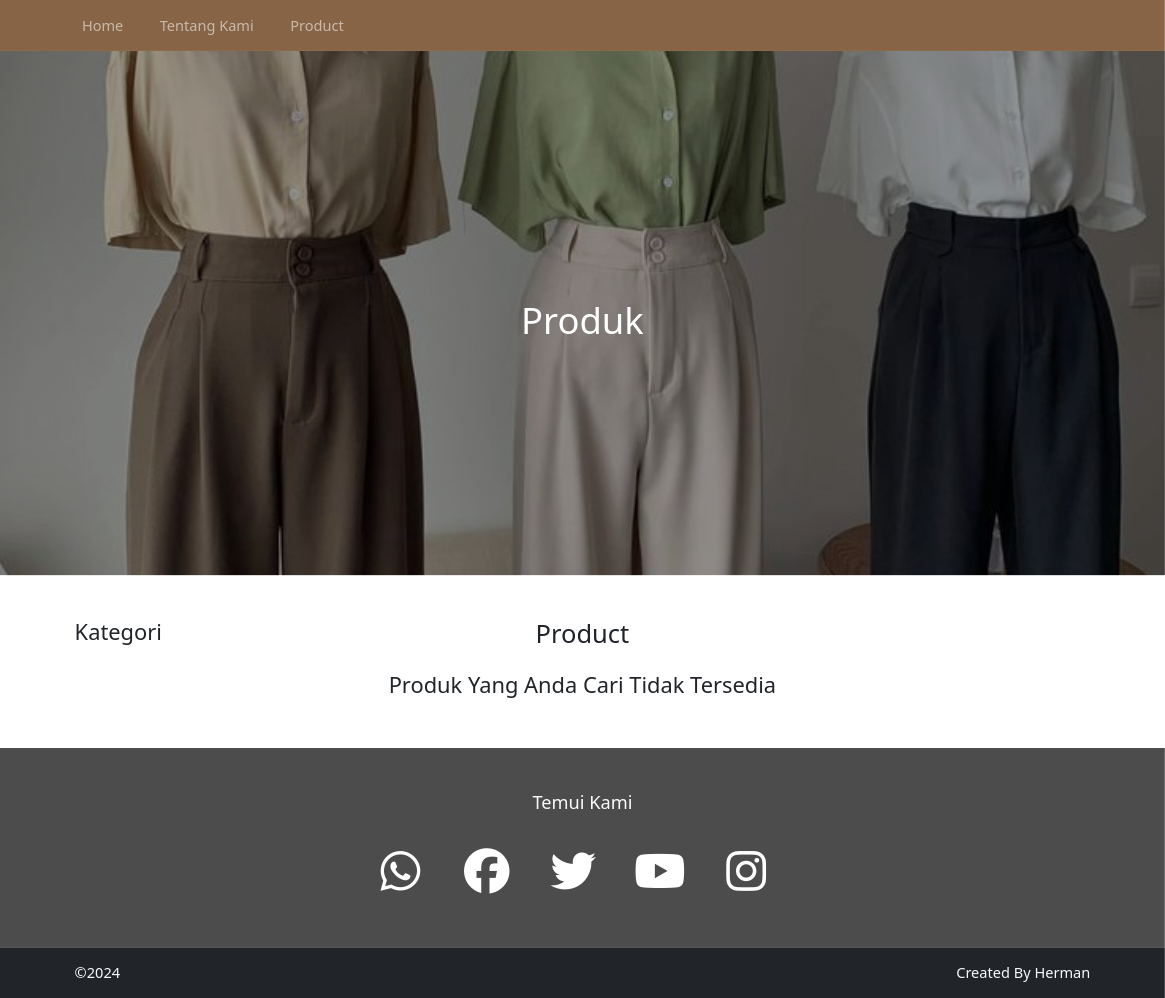
Repository: herman165/tugas_uas
Page: http://localhost/produk.php
The author's editor kept a copy of each file at every save. The page is drawn from the files as they stood at one save, then again after the next save.
The browser window is 1280 px wide. The pictures show the whole page, at 91% of full size.
The page is run by PHP 8.4 with error messages shown; the project is at /var/www/html/. Queries for data that is not in the repository find no rows.

Above is the page before, as saved 2024-12-16 17:06:28.

### produk.php
<?php
    require "koneksi.php";

    $queryKategori = mysqli_query($con, "SELECT * FROM kategori");

    // get product by search
        if(isset($_GET["keyword"])){
            $queryProduk = mysqli_query($con, "SELECT * FROM produk WHERE nama LIKE '%$_GET[keyword]%'");
        }
    // get product by kategori
        else if(isset($_GET["kategori"])){
            $queryGetKategori = mysqli_query($con, "SELECT id FROM kategori WHERE nama = '$_GET[kategori]'");
            $KategoriId = mysqli_fetch_array($queryGetKategori);

            $queryProduk = mysqli_query($con, "SELECT * FROM produk WHERE kategori_id = '$KategoriId[id]'");
        }
    // get product default
        else{
            $queryProduk = mysqli_query($con, "SELECT * FROM produk");
        }

        $countData = mysqli_num_rows($queryProduk);



?>


<!DOCTYPE html>
<html lang="en">
<head>
    <meta charset="UTF-8">
    <meta name="viewport" content="width=device-width, initial-scale=1.0">
    <title>Produk-Page</title>
    <link rel="stylesheet" href="bootstrap/css/bootstrap.min.css">
    <link rel="stylesheet" href="fontawesome/css/all.min.css">
    <link rel="stylesheet" href="css/style.css">
</head>
<body>
    <!-- navbar -->
    <?php require "navbar.php" ?>

    <!-- benner -->
     <div class="container-fluid banner d-flex align-items-center">
        <div class="container">
            <h1 class="mt-4 text-white text-center">Produk</h1>
        </div>
     </div>

    <!-- layout produk -->
        <div class="container py-5">
            <div class="row">
                <div class="col-md-3 mb-4">
                    <h4 class="mb-3">Kategori</h4>
                    <ul class="list-group">
                        <?php while($kategori = mysqli_fetch_array($queryKategori)){?>
                           <a class="no-decoration" href="produk.php?kategori=<?php echo $kategori["nama"]; ?>">
                             <li class="list-group-item"><?php echo $kategori["nama"]; ?></li>
                            </a>
                        <?php } ?>
                    </ul>
                </div>

                <div class="col-md-6">
                    <h3 class="text-center mb-4">Product</h3>
                    <div class="row">
                        <?php
                            if($countData<1){
                        ?>
                           <h4 class="col-md-12 text-center">Produk Yang Anda Cari Tidak Tersedia</h4>
                        <?php
                            }
                        ?>

                        <?php while($produk = mysqli_fetch_array($queryProduk)){?>
                            <div class="col-md-4 mb-4">
                                <div class="card h-100">
                                    <div class="image-box">
                                        <img src="image/<?php echo $produk["foto"]; ?>" class="card-img-top" alt="...">
                                    </div>
                                    <div class="card-body">
                                        <h5 class="card-title"><?php echo $produk["nama"]; ?></h5>
                                        <p class="card-text text-truncate"><?php echo $produk["detail"]; ?></p>
                                        <p class="card-text text-harga"><?php echo $produk["harga"]; ?></p>
                                        <a href="produk_detail.php?nama=<?php echo $produk["nama"]; ?>" class="btn-btn warna3 no-decoration text-white">Lihat Detail</a>
                                        <i class="fa-solid fa-cart-shopping"></i>
                                    </div>
                                </div>
                            </div>
                            <?php } ?>
                    </div>
                </div>
            </div>
        </div>


    <!-- footer -->
     <?php require "footer.php" ?>
    <script src="bootstrap/js/bootstrap.bundle.min.js"></script>
    <script src="fontawesome/js/all.min.js"></script>
</body>
</html>

### koneksi.php
<?php
// connect  to  database
$con = mysqli_connect("localhost", "root", "", "toko_online");

// Cek connect
if (mysqli_connect_errno()) {
    echo "Failed to connect to MySQL: " . mysqli_connect_error();
    exit();
}
?>

### navbar.php
<!DOCTYPE html>
<html lang="en">
<head>
    <meta charset="UTF-8">
    <meta name="viewport" content="width=device-width, initial-scale=1.0">
    <title>Responsive Navbar</title>
     <link rel="stylesheet" href="bootstrap/css/bootstrap.min.css">

<style>

        /* Khusus tampilan HP */
        @media (max-width: 480px) {
            .navbar {
                background: linear-gradient(to right, #6a11cb, #2575fc); /* Gradient ungu ke biru */
                box-shadow: 0 4px 6px rgba(0, 0, 0, 0.3); /* Bayangan */
                border-radius: 5px; /* Membuat sudut melengkung */
            }

            .navbar-dark .nav-link {
                color: #ffffff;
                background-color: rgba(255, 255, 255, 0.2); /* Transparan putih */
                margin: 5px;
                padding: 10px;
                border-radius: 5px; /* Melengkung */
                text-align: center;
                transition: background-color 0.3s ease, color 0.3s ease;
            }

            .navbar-dark .nav-link:hover {
                background-color: rgba(255, 255, 255, 0.4); /* Lebih terang saat hover */
                color: #ffcc00; /* Warna kuning keemasan */
            }

            /* Tombol toggler */
            .navbar-dark .navbar-toggler {
                border: none;
                background-color: #ffffff; /* Putih */
                padding: 5px;
                border-radius: 3px; /* Melengkung */
            }

            .navbar-dark .navbar-toggler-icon {
                background-color: #6a11cb; /* Ungu */
                border-radius: 2px;
                width: 25px;
                height: 3px;
            }
        }

</style>

</head>
<body>
    <nav class="navbar navbar-expand-lg navbar-dark warna1">
        <div class="container">
            <button class="navbar-toggler" type="button" data-bs-toggle="collapse" data-bs-target="#navbarSupportedContent" aria-controls="navbarSupportedContent" aria-expanded="false" aria-label="Toggle navigation">
                <span class="navbar-toggler-icon"></span>
            </button>
            <div class="collapse navbar-collapse" id="navbarSupportedContent">
                <ul class="navbar-nav me-auto mb-2 mb-lg-0">
                    <li class="nav-item me-4 ">
                        <a class="nav-link " href="index.php">Home</a>
                    </li>
                    <li class="nav-item me-4 ">
                        <a class="nav-link" href="tentang_kami.php">Tentang Kami</a>
                    </li>
                    <li class="nav-item me-4 ">
                        <a class="nav-link" href="produk.php">Product</a>
                    </li>
                </ul>
            </div>
        </div>
    </nav>

    <script src="bootstrap/js/bootstrap.bundle.min.js"></script>
</body>
</html>

### footer.php

    <!--sosial start-->
    <div class="container-fluid py-5 subscribe-content text-light">
      <div class="container">
        <h5 class="text-center mb-3">Temui Kami</h5>
        <div class="row justify-content-center">
          <div class="col-sm-1  d-flex justify-content-center mb-2 bounce-icon">
            <a href="#"><i class="fa-brands fa-whatsapp"></i></a>
          </div>
          <div class="col-sm-1  d-flex justify-content-center mb-2 bounce-icon ">
            <a href="#"><i class="fa-brands fa-facebook"></i></a>
          </div>
          <div class="col-sm-1  d-flex justify-content-center mb-2 bounce-icon" >
            <a href="#"><i class="fa-brands fa-twitter"></i></a>
          </div>
          <div class="col-sm-1  d-flex justify-content-center mb-2 bounce-icon">
            <a href="#"><i class="fa-brands fa-youtube"></i></a>
          </div>
          <div class="col-sm-1  d-flex justify-content-center mb-2 bounce-icon">
             <a href="#"> <i class="fa-brands fa-instagram"></i></a>
          </div>
        </div>
      </div>
    </div>
    <!--sosial end-->

    <!-- footer -->
     <div class="container-fluid py-3 bg-dark text-light">
        <div class="container d-flex justify-content-between">
            <label>&copy;2024</label>
            <label>Created By Herman</label>
        </div>
    </div>

### css/style.css
.warna1 {
    background-color: #876445;
}
.warna2 {
    background-color: #CA965C;
}
.warna3 {
    background-color: #EEC373;
}
.warna4 {
    background-color: #F4DFBA;
}
.banner {
    height: 80vh; /* Mengisi seluruh tinggi layar */
    background: linear-gradient(rgba(0, 0, 0, 0.4), rgba(0, 0, 0, 0.4)), url('../image/benner\ new.jpg');
    background-size: cover; /* Memastikan gambar menutupi seluruh elemen */
    background-position: center; /* Memusatkan gambar */
    background-repeat: no-repeat; /* Mencegah gambar diulang */
}



@media (max-width: 768px) {
    .banner {
        height: 30vh;
    }
}
.highlighted-kategori{
    height: 250px;

}
.produk-terkait-image {
    height: 100%;
    width: 100%;
    object-fit: cover;
    object-position: center;

}
.no-decoration{
    text-decoration: none;
    color:white;
}
.no-decoration:hover {
    color: #EEC373;
}

.kategori-baju-pria {
  background: linear-gradient(rgba(0, 0, 0, 0.4), rgba(0, 0, 0, 0.4)), url('../image/baju\ pria.jpg');
  background-size: cover;
  background-position: center;
  background-repeat: no-repeat;
}
.kategori-baju-wanita {
  background: linear-gradient(rgba(0, 0, 0, 0.4), rgba(0, 0, 0, 0.4)), url('../image/baju\ wanita.jpg');
  background-size: cover;
  background-position: center;
  background-repeat: no-repeat;

}
.kategori-sepatu-pria {
  background: linear-gradient(rgba(0, 0, 0, 0.4), rgba(0, 0, 0, 0.4)), url('../image/Vans\ Old\ Skool\ Sneakers\ in\ Black_White\ _\ VN000D3HY28\ -\ Men\ 13_Wmn\ 14_5\ _\ Black.jpg');
  background-size: cover;
  background-position: center;
  background-repeat: no-repeat;
}
.kategori-jam-pria {
  background: linear-gradient(rgba(0, 0, 0, 0.4), rgba(0, 0, 0, 0.4)), url('../image/Kegllect\ Men\ Life\ Waterproof\ Quartz\ Watch\ Mens\ Large\ Dial\ Sport\ Wristwatch\ Jam\ Tangan\ Lelaki.jpg');
  background-size: cover;
  background-position: center;
  background-repeat: no-repeat;
}
.text-harga{
    font-size: 20px;
    color:#CA965C;
}
.image-box {
    height: 200px;
}
.image-box img{
    height: 100%;
    width: 100%;
    object-fit: cover;
    object-position: center;
}
.subscribe-content {
    background-color: rgba(0, 0, 0, 0.7);
}
.subscribe-content a {
    color: #fff
}
.bounce-icon {
    font-size: 50px;
    color: #fff;
    animation: wave 2s infinite;
}
@keyframes wave {
    0% {
        transform: translateX(0) translateY(0);
    }
    40% {
        transform: translateX(10px) translateY(-10px);
    }
    50% {
        transform: translateX(-10px) translateY(10px);
    }
    60% {
        transform: translateX(10px) translateY(10px);
    }
    80% {
        transform: translateX(-10px) translateY(-10px);
    }
    100% {
        transform: translateX(0) translateY(0);
    }
}

.layout {
    text-decoration: none;
}

Loaded but not shown: bootstrap/css/bootstrap.min.css (library); fontawesome/css/all.min.css (library); bootstrap/js/bootstrap.bundle.min.js (library)

After the next save:
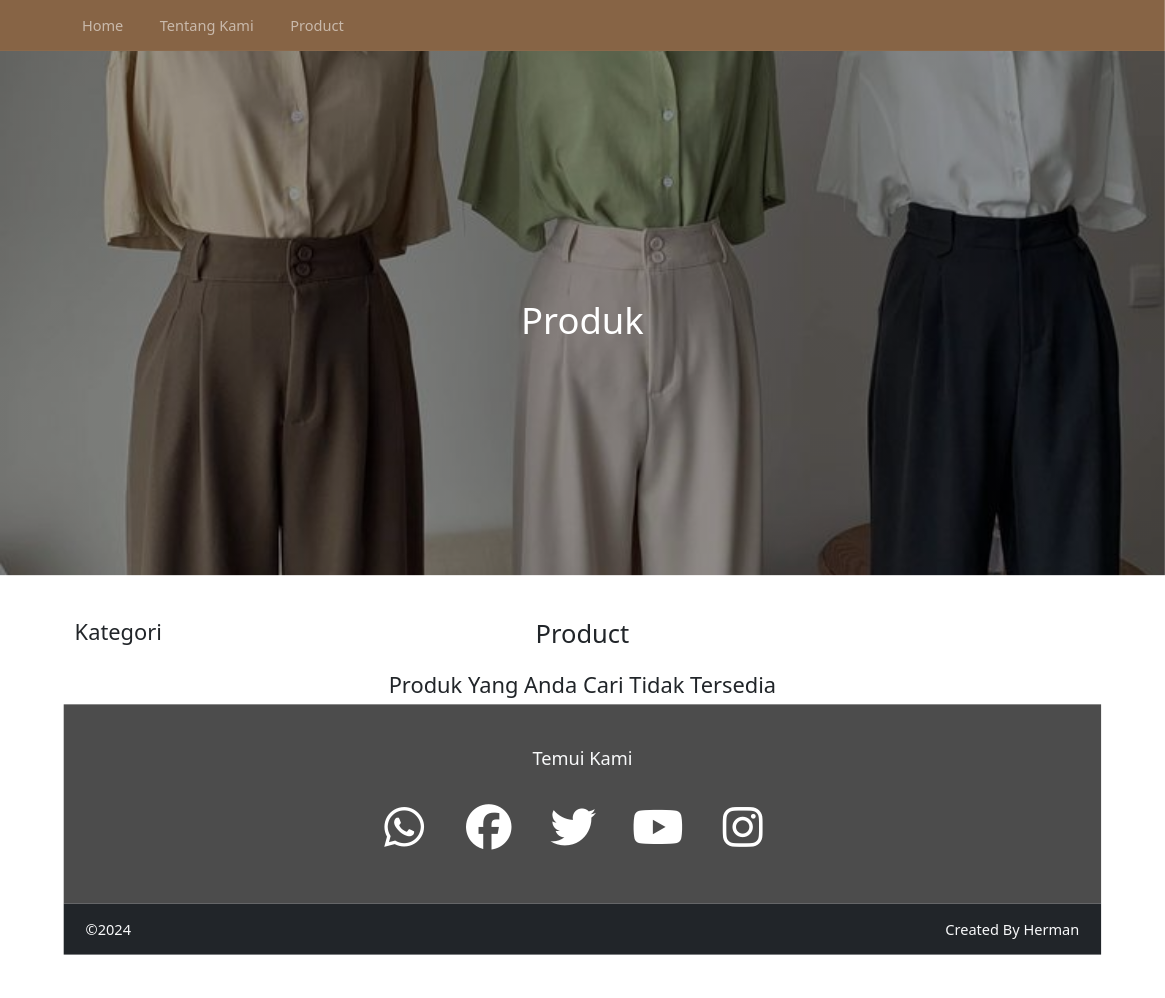
Saved 3 h 28 min later.
--- a/produk.php
+++ b/produk.php
@@ -88,8 +88,6 @@
                                 </div>
                             </div>
                             <?php } ?>
-                    </div>
-                </div>
             </div>
         </div>
 
